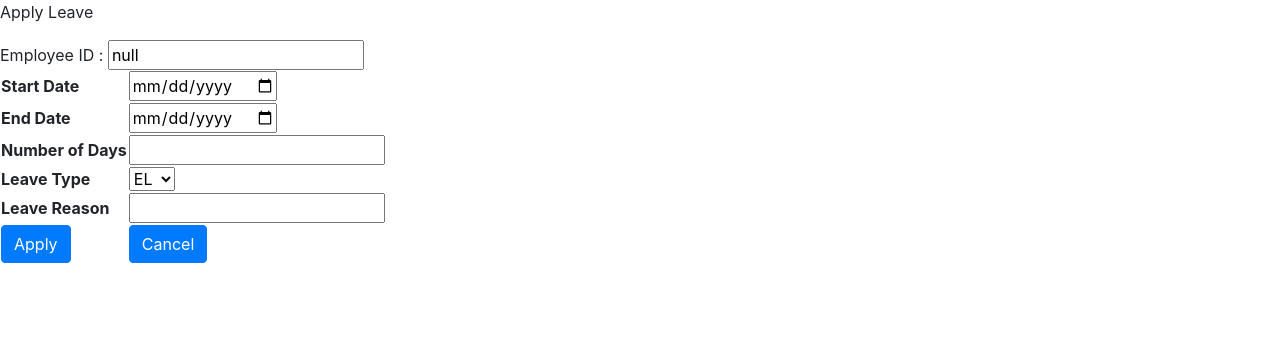
Repository: rkmr039/EMS_PROJECT
Page: http://localhost/EMS/ApplyLeaves.jsp
These files come from the project's save history. The page is drawn as it stood at one moment and after the next save; the edit follows.
The browser window is 1280 px wide. The pictures show the whole page.
The page is served by Tomcat 9. Other server files are loaded and not shown.

Above is the page before, as saved 2019-08-29 06:35:07.
Console error: TypeError: Cannot read properties of undefined (reading 'fn')

### EMS/WebContent/ApplyLeaves.jsp
<%@page import="com.hcl.ems.LeaveTypes"%>
<%@page import="java.text.DateFormat"%>
<%@page import="java.text.SimpleDateFormat"%>
<%@page import="java.util.Date"%>
<%@ page language="java" contentType="text/html; charset=ISO-8859-1"
    pageEncoding="ISO-8859-1"%>
<!DOCTYPE html PUBLIC "-//W3C//DTD HTML 4.01 Transitional//EN" "http://www.w3.org/TR/html4/loose.dtd">
<html>
<head>
<link rel="stylesheet" href="https://stackpath.bootstrapcdn.com/bootstrap/4.3.1/css/bootstrap.min.css" integrity="sha384-ggOyR0iXCbMQv3Xipma34MD+dH/1fQ784/j6cY/iJTQUOhcWr7x9JvoRxT2MZw1T" crossorigin="anonymous">
<script src="https://stackpath.bootstrapcdn.com/bootstrap/4.3.1/js/bootstrap.min.js" integrity="sha384-JjSmVgyd0p3pXB1rRibZUAYoIIy6OrQ6VrjIEaFf/nJGzIxFDsf4x0xIM+B07jRM" crossorigin="anonymous"></script>

<meta http-equiv="Content-Type" content="text/html; charset=ISO-8859-1">
<title>Apply leave | EMS</title>
</head>
<body>
	<p id="page">Apply Leave</p>
	<form method="get" action="Apply.jsp">
	Employee ID :
	<input type="text" readonly="readonly"  value=<%=session.getAttribute("EMP_ID") %> name="empId"/>
	<table>
	<%
		Date d = new Date();
		SimpleDateFormat sdf=new SimpleDateFormat("yyyy-MM-dd");
		String sDate = sdf.format(d);

	%>
		<tr>
			<th >Start Date</th>
			<td>
				<input type='date' name="startDate" min=<%=sDate%> required  />
            </td>
		</tr>
		<tr>
			<th>End Date</th>
			<td>
				<input type='date' name="endDate" min=<%=sDate%> required/>
            </td>
		</tr>

		<tr>
			<th>Number of Days</th>
			<td>
				<input type="text" name="noDays" required/>
			</td>
		</tr>
		<tr>

			<th>Leave Type</th>
			<td>
				<select name="type">
					<%
						int len = LeaveTypes.values().length;
						LeaveTypes[] ls = LeaveTypes.values();
						for(LeaveTypes type: ls) {
							out.println("<option>" + type.toString()+"</option>");
						}
					%>
				</select>
			</td>
		</tr>
		<tr>
			<th>Leave Reason</th>
			<td>
				<input type="text" name="reason"/ required>
			</td>
		</tr>
		<tr>
			<td><input class="btn btn-primary" type="submit" value="Apply" name="apply"/></td>
			<td><input class="btn btn-primary" type="reset" onClick="javascript:window.location.href='dashboard.jsp'" value="Cancel" name="cancel"/></td>
		</tr>
	</table>
	</form>
	<div id="err">

	</div>

<script src="https://code.jquery.com/jquery-3.3.1.slim.min.js" integrity="sha384-q8i/X+965DzO0rT7abK41JStQIAqVgRVzpbzo5smXKp4YfRvH+8abtTE1Pi6jizo" crossorigin="anonymous"></script>
<script src="https://cdnjs.cloudflare.com/ajax/libs/popper.js/1.14.7/umd/popper.min.js" integrity="sha384-UO2eT0CpHqdSJQ6hJty5KVphtPhzWj9WO1clHTMGa3JDZwrnQq4sF86dIHNDz0W1" crossorigin="anonymous"></script>

</body>
</html>

### EMS/src/com/hcl/ems/LeaveTypes.java
package com.hcl.ems;

public enum LeaveTypes {
	EL,RH,CH
}

After the next save:
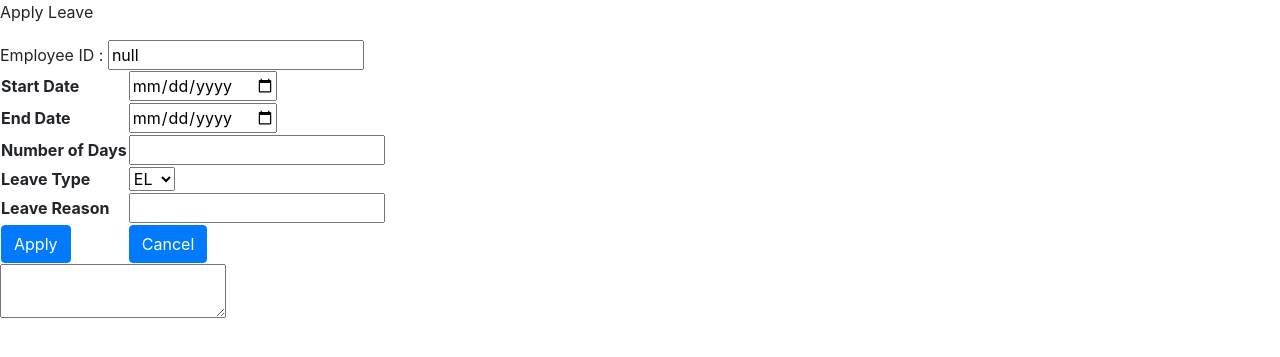
Saved 11 s later.
--- a/EMS/WebContent/ApplyLeaves.jsp
+++ b/EMS/WebContent/ApplyLeaves.jsp
@@ -72,7 +72,7 @@
 	</table>
 	</form>
 	<div id="err">
-
+		<textarea></textarea>
 	</div>
 
 <script src="https://code.jquery.com/jquery-3.3.1.slim.min.js" integrity="sha384-q8i/X+965DzO0rT7abK41JStQIAqVgRVzpbzo5smXKp4YfRvH+8abtTE1Pi6jizo" crossorigin="anonymous"></script>

After the save that followed:
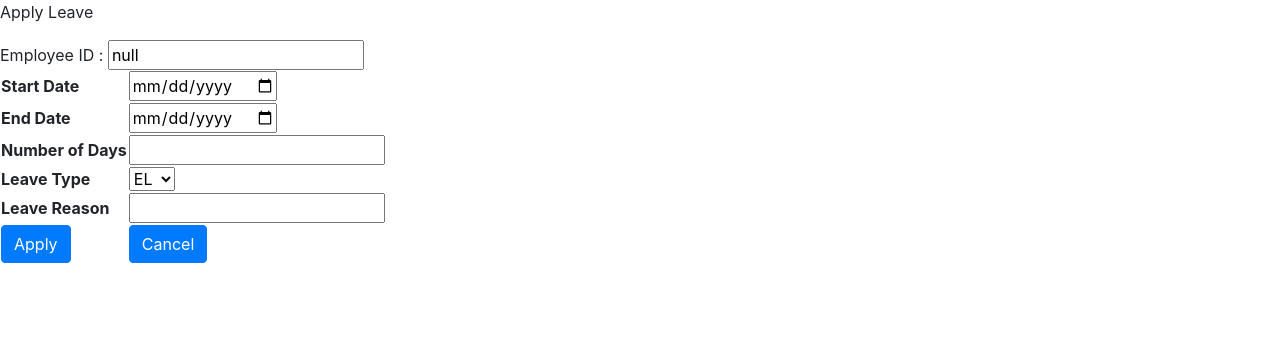
Saved 9 s later.
--- a/EMS/WebContent/ApplyLeaves.jsp
+++ b/EMS/WebContent/ApplyLeaves.jsp
@@ -72,7 +72,7 @@
 	</table>
 	</form>
 	<div id="err">
-		<textarea></textarea>
+		<p></p>
 	</div>
 
 <script src="https://code.jquery.com/jquery-3.3.1.slim.min.js" integrity="sha384-q8i/X+965DzO0rT7abK41JStQIAqVgRVzpbzo5smXKp4YfRvH+8abtTE1Pi6jizo" crossorigin="anonymous"></script>
